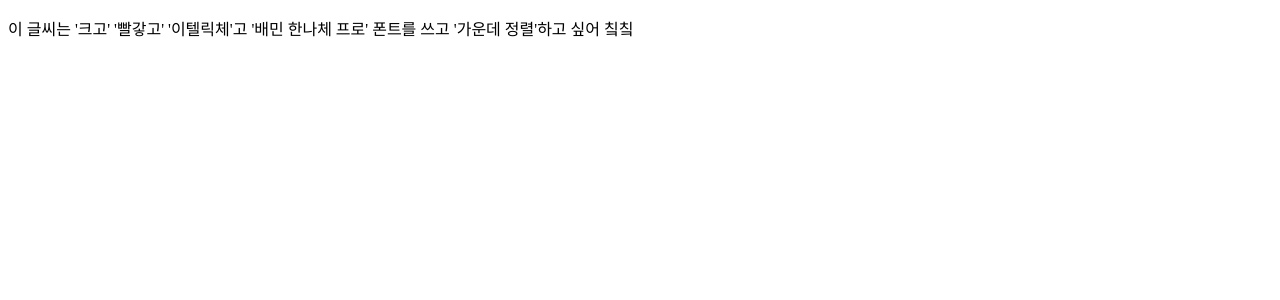
Repository: wijune0327/wijune0327.github.com
Page: 190922/font.html
The author's editor kept a record of every edit. The page is drawn from the files as they stood at one moment, then again after the next edit.
The browser window is 1280 px wide. The pictures show the whole page.

Above is the page before.

### 190922/font.html
<!DOCTYPE html>
<html lang="kr">
<head>
    <style>
    p{
        font style: italic bold;
        font-family: BMHANNAAir;

    </style>
    <meta charset="UTF-8">
    <title>Document</title>
</head>
<body>
    <p>
        이 글씨는 '크고' '빨갛고' '이텔릭체'고 '배민 한나체 프로' 폰트를 쓰고 '가운데 정렬'하고 싶어 칰칰
    </p>
</body>
</html>

After the next edit:
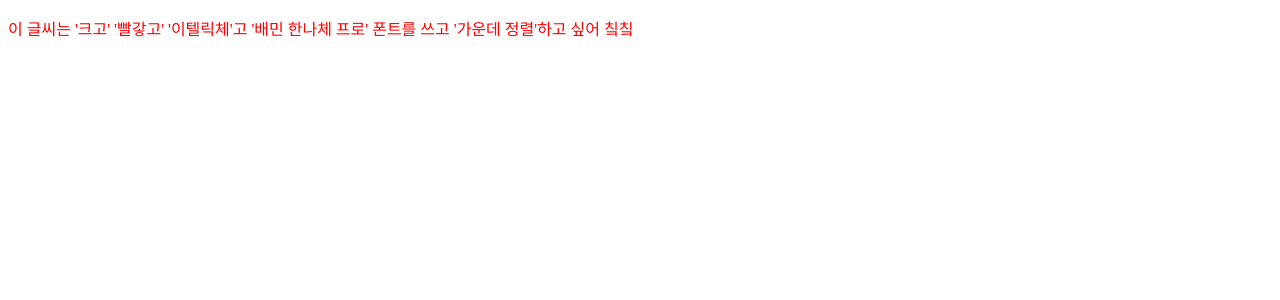
The edit:
--- a/190922/font.html
+++ b/190922/font.html
@@ -2,10 +2,11 @@
 <html lang="kr">
 <head>
     <style>
-    p{
-        font style: italic bold;
-        font-family: BMHANNAAir;
-
+        p {
+            font-style: italic bold;
+            color: red;
+            font-family: BMHANNAAir;
+        }
     </style>
     <meta charset="UTF-8">
     <title>Document</title>

After the 2 edits that followed:
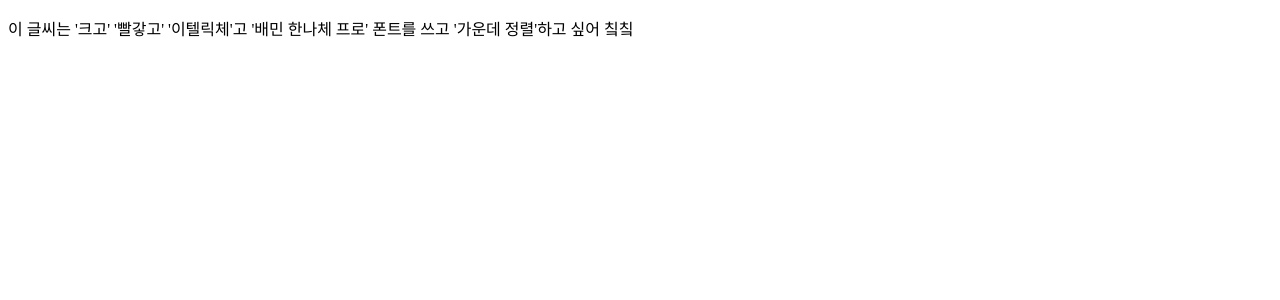
The 2 edits are shown as one change because 1 left the picture as it was.
The edit:
--- a/190922/font.html
+++ b/190922/font.html
@@ -2,11 +2,13 @@
 <html lang="kr">
 <head>
     <style>
-        p {
-            font-style: italic bold;
-            color: red;
-            font-family: BMHANNAAir;
-        }
+    @font-face { font-family: 'BMHANNAAir'; src: url('https://cdn.jsdelivr.net/gh/projectnoonnu/noonfonts_four@1.0/BMHANNAAir.woff') format('woff'); font-weight: normal; font-style: normal; }
+element.style {
+    font-size: 20px;
+    color: red;
+    font-style: italic;
+    text-align: center;
+}
     </style>
     <meta charset="UTF-8">
     <title>Document</title>
